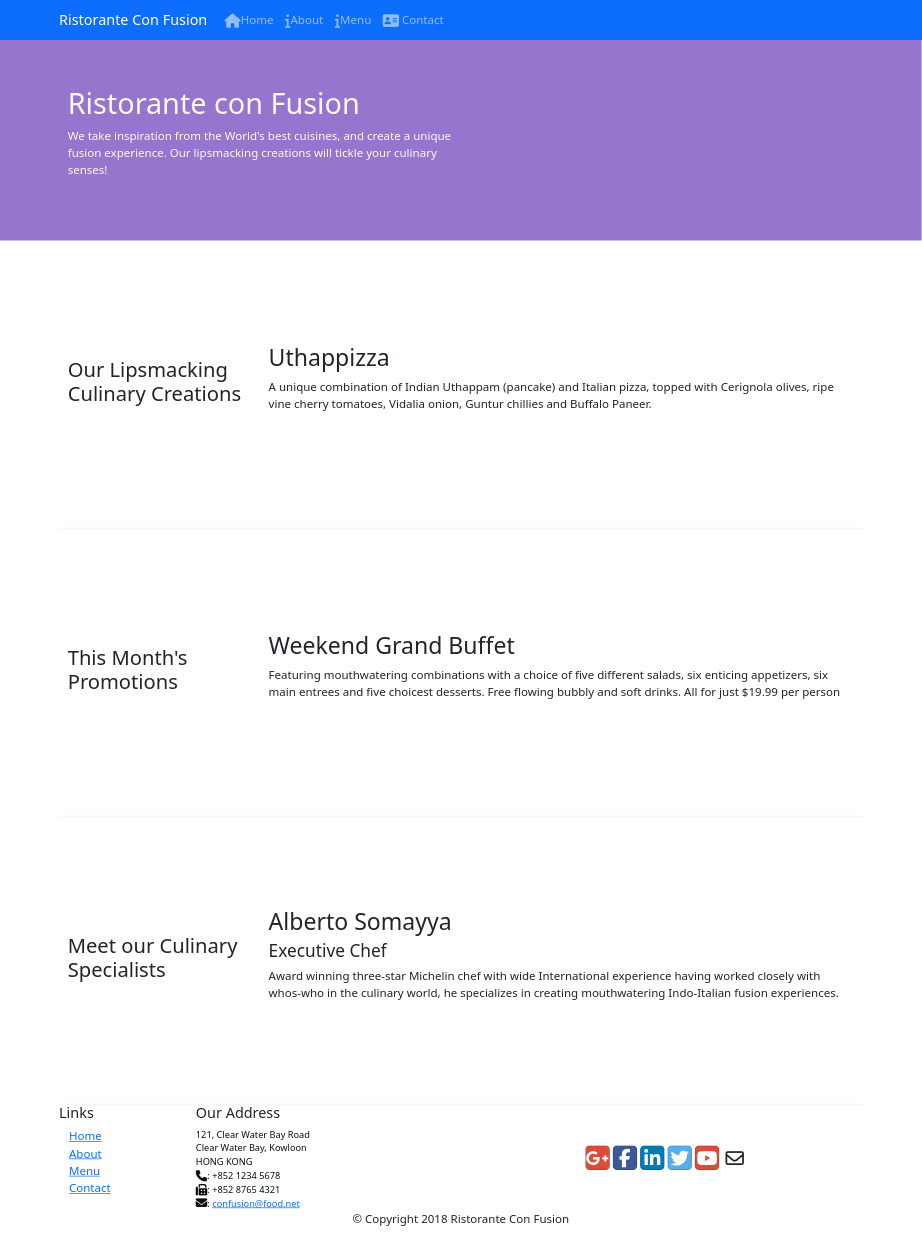
Repository: DungBuiTuan/FER201m
Page: index.html
An editor plug-in stored every save of this project. The page is shown before and after the next save, followed by the edit.
The browser window is 1280 px wide. The pictures show the whole page, at 72% of full size.
Some web libraries are served in a nearby version.

Above is the page before, as saved 2023-05-17 09:24:27.

After the next save:
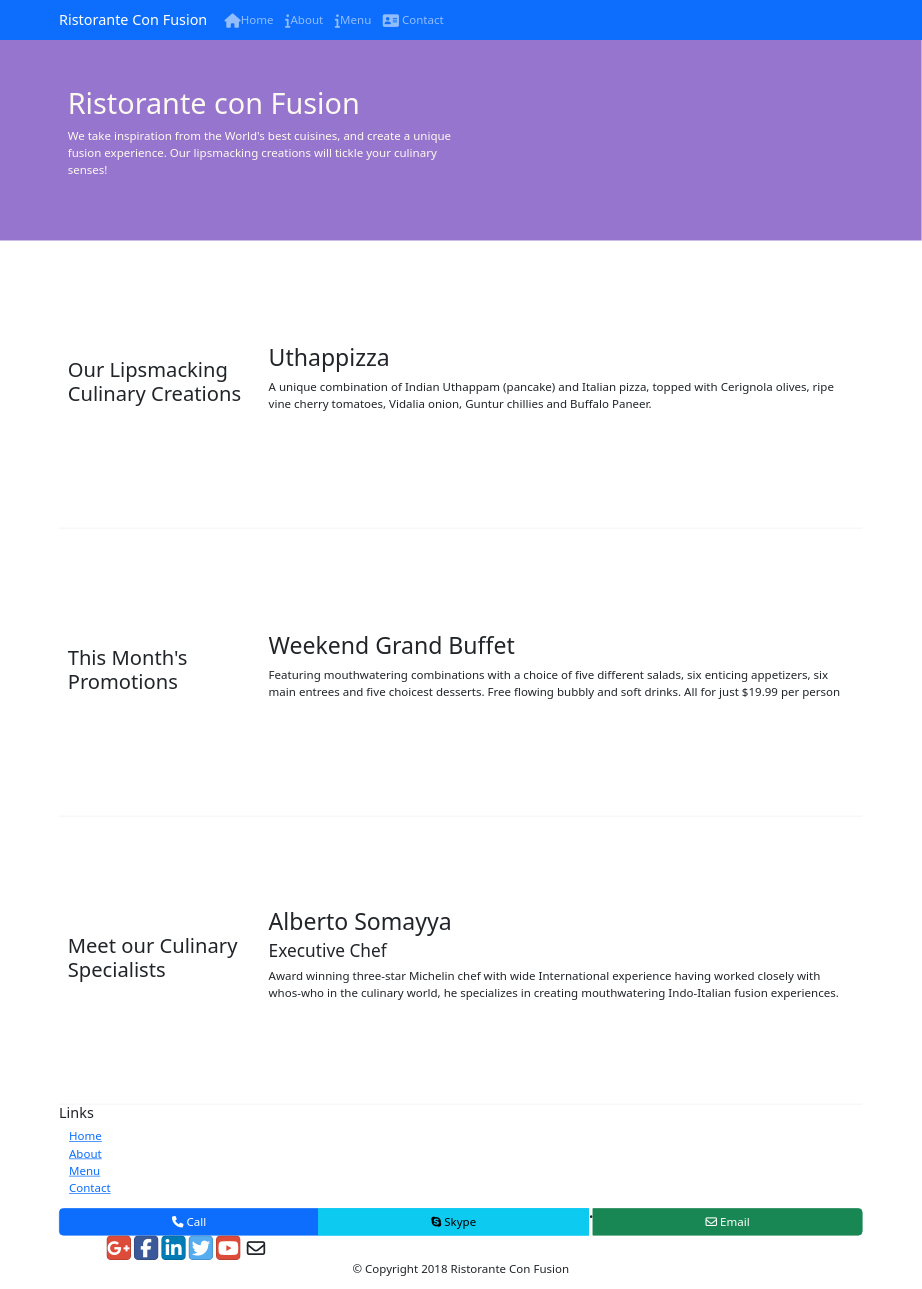
Saved 5 min 47 s later.
--- a/index.html
+++ b/index.html
@@ -120,19 +120,12 @@
               <li><a href="#">Contact</a></li>
             </ul>
           </div>
-          <div class="col-7 col-sm-5">
-            <h5>Our Address</h5>
-            <address>
-                121, Clear Water Bay Road<br />
-                Clear Water Bay, Kowloon<br />
-                HONG KONG<br />
-                <i class="fa fa-phone fa-lg"></i>: +852 1234 5678<br>
-                <i class="fa fa-fax fa-lg"></i>: +852 8765 4321<br>
-                <i class="fa fa-envelope fa-lg"></i>:
-                <a href="mailto:confusion@food.net">confusion@food.net</a>
+          <div class="btn-group" role="group">
+            <a role="button" class="btn btn-primary" href="tel:+85212345678"><i class="fa fa-phone"></i> Call</a>
+            <a role="button" class="btn btn-info"><i class="fa fa-skype"></i> Skype</a>
+            •	<a role="button" class="btn btn-success" href="mailto:confusion@food.net"><i class="fa fa-envelope-o"></i> Email</a>
+            </div>
 
-              </address>
-          </div>
           <div class="col-12 col-sm-4 align-self-center">
             <div class="text-center">
                 <a class="btn btn-social-icon btn-google" href="http://google.com/+"><i class="fa fa-google-plus"></i></a>

After the save that followed:
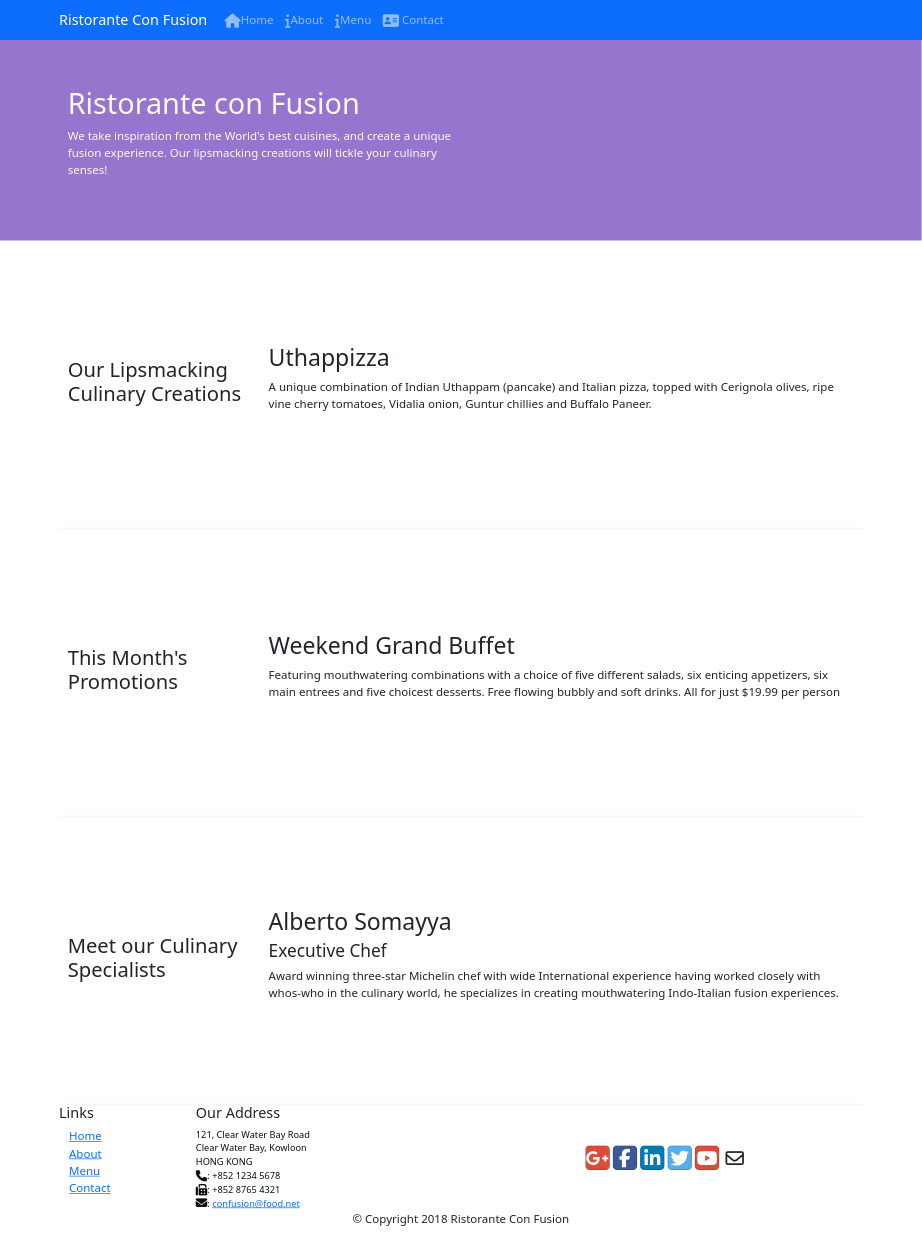
Saved 17 s later.
--- a/index.html
+++ b/index.html
@@ -120,12 +120,18 @@
               <li><a href="#">Contact</a></li>
             </ul>
           </div>
-          <div class="btn-group" role="group">
-            <a role="button" class="btn btn-primary" href="tel:+85212345678"><i class="fa fa-phone"></i> Call</a>
-            <a role="button" class="btn btn-info"><i class="fa fa-skype"></i> Skype</a>
-            •	<a role="button" class="btn btn-success" href="mailto:confusion@food.net"><i class="fa fa-envelope-o"></i> Email</a>
-            </div>
-
+          <div class="col-7 col-sm-5">
+            <h5>Our Address</h5>
+            <address>
+                121, Clear Water Bay Road<br />
+                Clear Water Bay, Kowloon<br />
+                HONG KONG<br />
+                <i class="fa fa-phone fa-lg"></i>: +852 1234 5678<br>
+                <i class="fa fa-fax fa-lg"></i>: +852 8765 4321<br>
+                <i class="fa fa-envelope fa-lg"></i>:
+                <a href="mailto:confusion@food.net">confusion@food.net</a>
+              </address>
+          </div>
           <div class="col-12 col-sm-4 align-self-center">
             <div class="text-center">
                 <a class="btn btn-social-icon btn-google" href="http://google.com/+"><i class="fa fa-google-plus"></i></a>
